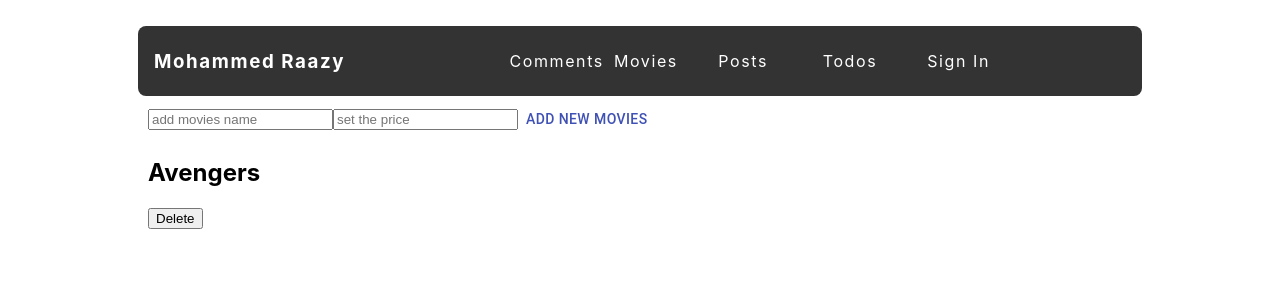
Repository: raazymuhd1/learn-nextjs
Page: /movies
These files come from the project's save history. The page is drawn as it stood at one moment and after the next save; the edit follows.
The browser window is 1280 px wide. The pictures show the whole page.
The page's requests for data from a server got no answer. The project was rebuilt for these pictures with package versions that can differ from the ones it lists, and the page was loaded fresh each time. The framework's server and built-in components were replaced by stand-ins that run in the browser. No one was signed in, and anything a server would have sent is missing.

Above is the page before, as saved 2021-09-02 19:55:13.

After the next save:
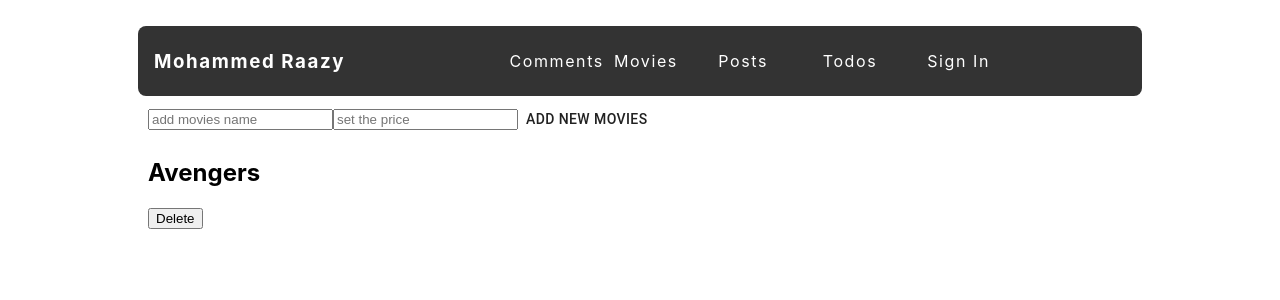
Saved 59 s later.
--- a/pages/movies/index.js
+++ b/pages/movies/index.js
@@ -27,7 +27,7 @@ const Movie = () => {
              value={moviePrice}
              onChange={e => setMoviePrice(e.target.value) }
              placeholder="set the price"  />
-             <Button color="primary"
+             <Button
              onClick={ () => dispatch({ type: "addMovie", name: movieName, price: moviePrice }) } > Add New Movies </Button>
 
              { movies.map((movie, index) => (
